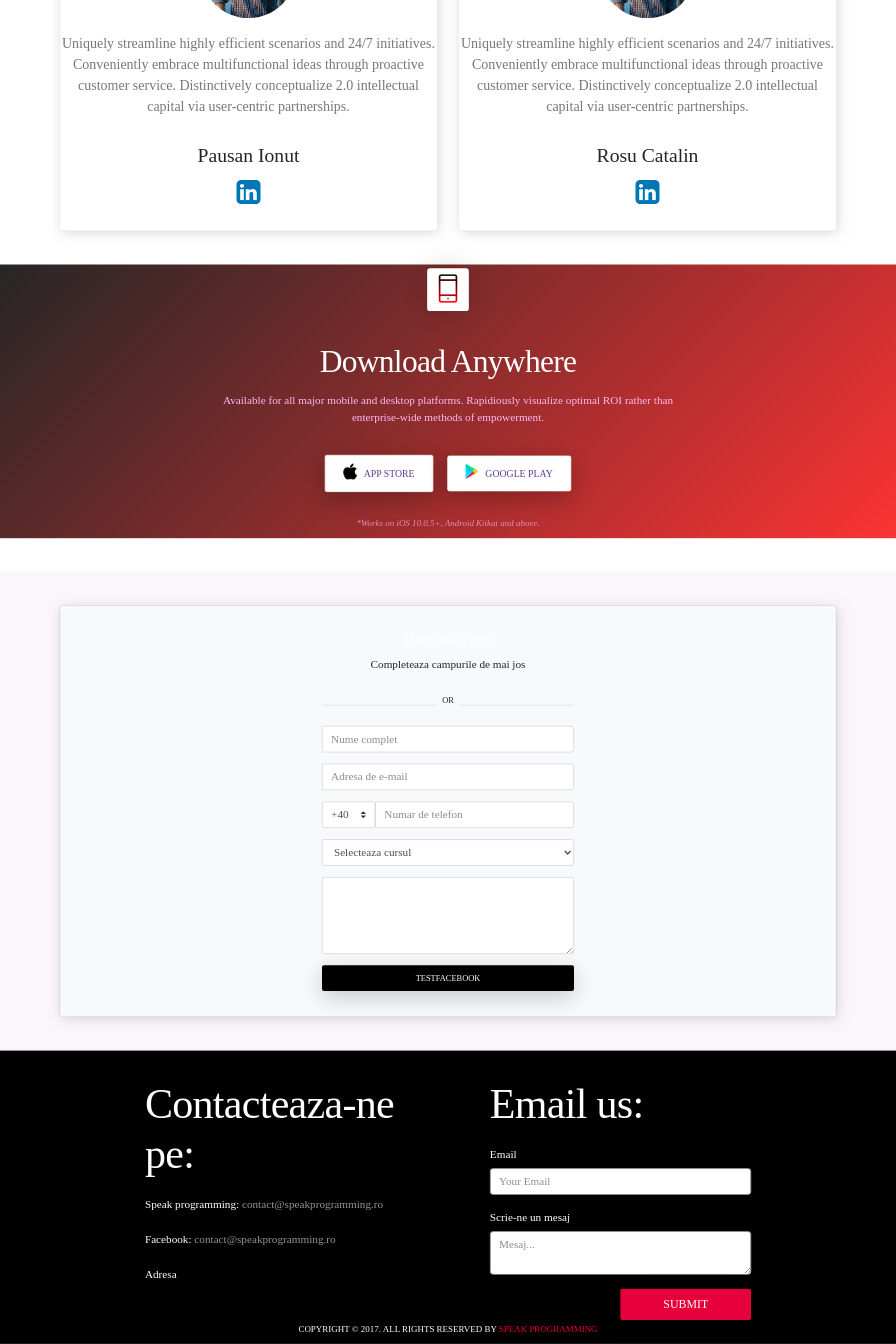
Repository: RosuCatalinDorin/ITSchool
Page: home-page/index.html
The author's editor kept a copy of each file at every save. The page is drawn from the files as they stood at one save, then again after the next save.
The browser window is 1280 px wide. The pictures show the part of the page from y = 1617 to 3537 px (the page is 3537 px tall before and 3509 px after), at 70% of full size.
Some web libraries are served in a nearby version.

Above is the page before, as saved 2019-03-13 18:38:05.

### home-page/index.html
<!doctype html>
<html lang="en">


<head>
    <title>Speak Programming</title>
    <!-- Required meta tags -->
    <meta charset="utf-8">
    <meta name="viewport" content="width=device-width, initial-scale=1, shrink-to-fit=no">
    <meta name="description" content="Mobland - Mobile App Landing Page Template">
    <meta name="keywords" content="HTML5, bootstrap, mobile, app, landing, ios, android, responsive">
    <!-- Font -->

    <link rel="dns-prefetch" href="//fonts.googleapis.com">
     <!-- Bootstrap CSS -->
    <link rel="stylesheet" href="../css/bootstrap.min.css">
    <!-- Themify Icons -->
    <link rel="stylesheet" href="../css/themify-icons.css">
    <!-- Owl carousel -->
    <link rel="stylesheet" href="../css/owl.carousel.min.css">
    <link rel="stylesheet" href="../css/teamStyle.css">
    <link rel="stylesheet" href="../detaliiCurs/css/detalii-curs.css">
    <link rel="stylesheet" href="./home.css">



    <link rel="stylesheet" href="https://maxcdn.bootstrapcdn.com/font-awesome/4.5.0/css/font-awesome.min.css">

    <!-- Main css -->
    <link href="../css/style.css" rel="stylesheet">
    <link rel="shortcut icon" href="../images/partea_de_susLogo.png"/>
    <!-- jQuery and Bootstrap -->
    <script src="../js/jquery-3.2.1.min.js"></script>
    <script src="../js/bootstrap.bundle.min.js"></script>
    <!-- Plugins JS -->
    <script src="../js/owl.carousel.min.js"></script>
    <!-- Custom JS -->
    <script src="../js/script.js"></script>
    <script src="../js/fbLogin.js"></script>

</head>

<body data-spy="scroll" data-target="#navbar" data-offset="30">

    <!-- NAV BAR START-->
    <div class="nav-menu fixed-top">
        <div class="container">
            <div class="row">
                <div class="col-md-12">
                    <nav class="navbar navbar-dark navbar-expand-lg">
                        <a class="navbar-brand" href="index.html"><img src="../images/partea_de_susLogo.png" height="43" width="43" class="img-fluid" alt="logo"></a> <button class="navbar-toggler" type="button" data-toggle="collapse" data-target="#navbar" aria-controls="navbar" aria-expanded="false" aria-label="Toggle navigation"> <span class="navbar-toggler-icon"></span> </button>
                        <div class="collapse navbar-collapse" id="navbar">
                            <ul class="navbar-nav ml-auto">
                                <li class="nav-item"> <a class="nav-link active" href="#home">HOME <span class="sr-only">(current)</span></a> </li>
                                <li class="nav-item"> <a class="nav-link" href="#cursuri">CURSURI</a> </li>
                                <li class="nav-item"> <a class="nav-link" href="#aboutUS">DESPRE NOI</a> </li>
                                <li class="nav-item"> <a class="nav-link" href="#contact">CONTACT</a> </li>
                            </ul>
                        </div>
                    </nav>
                </div>
              </div>
         </div>
    </div>
<!-- NAV BAR END -->
    <!-- START HEADER -->
    <header  id="home">
        <div class="container mt-5">
            <h1 class="textClass"> Mesaj 1 (eu zic moto)</h1>
        </div>
        <div class="img-holder mt-3"><img src="../images/logo_partea_deJos.png" alt="phone" class="img-fluid">
            <p class="textClass">Mesaj 2 De ce am creat asta? O intrebare de genu</p>
        </div>
    </header>

    <!-- END HEADER -->

<!-- SECTIUNE CURSURI START -->
    <div class="section" id="cursuri">
        <div class="container">
            <div class="section-title">
                <small>Speak Programming</small>
                <h3>Cursuri</h3>
            </div>
            <div class="card-deck">
                <div class="card pricing">
                    <div class="card-head">
                        <small class="text-primary">FRONTEND INITIERE</small>
                        <span class="price">379 RON<sub>/4m</sub></span>
                    </div>
                    <div class="course-image-container">
                    </div>
                    <ul class="list-group list-group-flush">
                        <div class="list-group-item">3 PROIECTE</div>
                        <div class="list-group-item">HTML / CSS / JAVA-SCRIPT / GIT</div>
                    </ul>
                    <div class="card-body">
                        <a href="screens/curs.html" class="btn btn-primary btn-lg btn-block">Vezi detalii</a>
                    </div>
                </div>
                <div class="card pricing">
                    <div class="card-head">
                        <small class="text-primary">INCEPATORI</small>
                        <span class="price">1500 RON<sub>/4m</sub></span>
                    </div>
                    <div class="course-image-container">
                        </div>
                    <ul class="list-group list-group-flush">
                        <div class="list-group-item">Unlimited Projects</div>
                        <div class="list-group-item">100 GB Storage</div>
                    </ul>
                    <div class="card-body">
                        <a href="screens/curs.html" class="btn btn-primary btn-lg btn-block">Vezi detalii</a>
                    </div>
                </div>
                <div class="card pricing">
                    <div class="card-head">
                        <small class="text-primary">BACKEND INITIERE</small>
                        <span class="price">1500 RON<sub>/4m</sub></span>
                    </div>
                    <div class="course-image-container">
                        </div>
                    <ul class="list-group list-group-flush">
                        <div class="list-group-item">Unlimited Projects</div>
                        <div class="list-group-item">Unlimited Storage</div>
                    </ul>
                    <div class="card-body">
                        <a href="screens/curs.html" class="btn btn-primary btn-lg btn-block">Vezi detalii</a>
                    </div>
                </div>
            </div>
        </div>
    </div>
<!-- SECTIUNE CURSURI END -->


<!-- SECTIUNE TRAINER START-->

<div class="section">
        <div class="container">
                <div class="section-title">
                    <small>Speak Programming</small>
                    <h3>Cursuri</h3>
                </div>
                <div class="card-deck">
                    <div class="card pricing">
                        <div class="card-head">
                            <img src="../images/pozaIonutPausan.jpg" class="rounded-circle" alt="Cinque Terre" width="136" height="136">
                        </div>
                        <blockquote class="blockquote text-center">Uniquely streamline highly efficient scenarios and 24/7 initiatives. Conveniently embrace multifunctional ideas through proactive customer service. Distinctively conceptualize 2.0 intellectual capital via user-centric partnerships.</blockquote>
                        <ul class="list-group list-group-flush">
                            <h5 class="mt-4 mb-2 text-center">Pausan Ionut</h5>
                            <a href="https://www.linkedin.com/in/ionut-adrian-pausan-3a7300137/" class="btn"> <i class="fa fa-linkedin-square" style="font-size:40px; color:#0077B5"></i>  </a>
                        </ul>
                        <div class="card-body text-center">
                        </div>
                    </div>
                    <div class="card pricing">
                            <div class="card-head">
                                <img src="../images/pozaIonutPausan.jpg" class="rounded-circle" alt="Cinque Terre" width="136" height="136">
                            </div>
                            <blockquote class="blockquote text-center ">Uniquely streamline highly efficient scenarios and 24/7 initiatives. Conveniently embrace multifunctional ideas through proactive customer service. Distinctively conceptualize 2.0 intellectual capital via user-centric partnerships.</blockquote>
                            <ul class="list-group list-group-flush">
                                <h5 class="mt-4 mb-2 text-center">Rosu Catalin</h5>
                                <a href="https://www.linkedin.com/in/ro%C8%99u-c%C4%83t%C4%83lin-dorin-872322112/" class="btn"> <i class="fa fa-linkedin-square" style="font-size:40px; color:#0077B5"></i>  </a>
                            </ul>
                        </div>
                </div>
            </div>
</div>

<!-- SECTIUNE TRAINER END -->

    <div class="section bg-gradient" id ="aboutUS">
        <div class="container">
            <div class="call-to-action">

                <div class="box-icon"><span class="ti-mobile gradient-fill ti-3x"></span></div>
                <h2>Download Anywhere</h2>
                <p class="tagline">Available for all major mobile and desktop platforms. Rapidiously visualize optimal ROI rather than enterprise-wide methods of empowerment. </p>
                <div class="my-4">
                    <a href="#" class="btn btn-light"><img src="../images/appleicon.png" alt="icon"> App Store</a>
                    <a href="#" class="btn btn-light"><img src="../images/playicon.png" alt="icon"> Google play</a>
                </div>
                <p class="text-primary"><small><i>*Works on iOS 10.0.5+, Android Kitkat and above. </i></small></p>
            </div>
        </div>

    </div>
    <!-- // end .section -->

    <div class="light-bg py-5" id="contact">
        <div class="container">
            <div class="card bg-light">
                <article class="card-body mx-auto" style="max-width: 400px;">
                    <h4 class="card-title mt-3 text-center">Inscriete la curs </h4>
                    <p class="text-center">Completeaza campurile de mai jos </p>
                    <p class="divider-text">
                        <span class="bg-light">OR</span>
                    </p>
                    <form>
                        <div class="form-group input-group">
                            <div class="input-group-prepend">
                                <span class="input-group-text"> </span>
                            </div>
                            <input name="" class="form-control" placeholder="Nume complet" type="text">
                        </div> <!-- form-group// -->
                        <div class="form-group input-group">
                            <div class="input-group-prepend">
                                <span class="input-group-text"></span>
                            </div>
                            <input name="" class="form-control" placeholder="Adresa de e-mail" type="email">
                        </div> <!-- form-group// -->
                        <div class="form-group input-group">
                            <div class="input-group-prepend">
                                <span class="input-group-text">  </span>
                            </div>
                            <select class="custom-select" style="max-width: 120px;">
                                <option selected="">+40</option>
                                <option value="1">+972</option>
                                <option value="2">+198</option>
                                <option value="3">+701</option>
                            </select>
                            <input name="" class="form-control" placeholder="Numar de telefon" type="text">
                        </div> <!-- form-group// -->
                        <div class="form-group input-group">
                            <div class="input-group-prepend">
                                <span class="input-group-text"></span>
                            </div>
                            <select class="form-control">
                                <option selected=""> Selecteaza cursul</option>
                                <option>HTML5, CSS, JAVA-SCRIPT</option>
                                <option>MySQL,PHP</option>
                            </select>

                        </div> <!-- form-group end.// -->
                        <div class="form-group input-group">
                            <div class="input-group-prepend">
                                <span class="input-group-text">  </span>
                            </div>
                            <textarea  class="form-control"  rows="4" cols="50"></textarea>
                        </div> <!-- form-group// -->
                        <div class="form-group">
                            <button type="submit" class="btn btn-primary btn-block"> TestFAcebook  </button>
                        </div> <!-- form-group// -->
                    </form>
                </article>
            </div> <!-- card.// -->

        </div>

    </div>
    <!-- // end .section -->

    <!-- START FOOTER -->
    <footer class="footer">
            <div class="footer-container">
                <div class="footer-row">
                    <div class="social-media">
                        <h1>Contacteaza-ne pe:</h1>
                        <p class="social-media-paragraph">Speak programming:
                            <span>contact@speakprogramming.ro</span>
                        </p>
                        <p class="social-media-paragraph">Facebook:
                            <span>contact@speakprogramming.ro</span>
                        </p>
                        <div class="social-media-icons">

                        </div>
                        <p>Adresa</p>
                    </div>

                    <div class="contact-form">
                        <h1>Email us:</h1>
                        <label for="email">Email</label>
                        <input type="text" name="email" value="" class="form-control input-lg input-space" placeholder="Your Email"/>

                        <label for="mesaj">Scrie-ne un mesaj</label>
                        <textarea type="text" name="mesaj" value="" class="input-space form-control input-lg" placeholder="Mesaj..."/></textarea>
                        <button class="btn submit-button-footer">Submit</button>
                    </div>
                </div>


                <p class="copyright-message text-center"><small>COPYRIGHT © 2017. ALL RIGHTS RESERVED BY <a href="">SPEAK PROGRAMMING</a></small></p>
                <!-- <small class="copyright-message text-center footer-links">
                    <a href="#" class="m-2"></a>
                    <a href="#" class="m-2"></a>
                    <a href="#" class="m-2"></a>
                </small> -->
            </div>
        </footer>
</body>

</html>

### css/teamStyle.css
.divNewTeam{
    border: 1px solid #f1eef1;
    width: 30%;
    border-radius: 3%;
}
.contentTem{
    display: flex;
}
@media only screen and (max-width: 600px){
    .contentTem{
        display: block;
        margin-top: 50px;
    }
}

### detaliiCurs/css/detalii-curs.css
/* Header start */
.header-detalii-curs {
    background-image: url("../../images/headerbk.jpg");
    background-repeat: no-repeat;
    background-size: cover;
    padding-bottom:25px;
    margin-top: 40px;
    height: 400px;
    display: flex;
    flex-direction: column;
    justify-content: center;
}

.detalii-curs-titlu{
    font-size: 45px;
    margin-bottom: 30px;
}

.detalii-curs-motto{
    font-size: 25px;
    margin-bottom: 30px;
}

.enroll-header-btn{
    font-size: 15px;
}
.enroll-header-btn a {
    color: #FFF;
}

.enroll-header-btn:hover {
    background: #e5003c;
    cursor: pointer;
    border: 1px solid transparent;
    font-size: 16px;
}

.container-detalii-curs {
    text-align: center;
}

.detalii-curs-button-container{
    margin-bottom: 30px;
}
/* Header ends */

/* Info curs container start */
.curs-container {
    width: 100%;
    background: #f9f9f9;
    padding-bottom:40px;
}
.info-curs-container {
    width: 70%;
    margin: auto;
}

.info-title{
    padding-top: 55px;
    padding-bottom: 50px;
    height: auto;
}

.detalii-curs-motto {
    color: black;
}

.info-title h2{
    text-align: center;
}

    /* DETALII CURS -START */
.info-curs-detalii{
    display: flex;
    justify-content: space-between;
    margin-bottom: 30px;
}

.informatii-curs-sumar{
    width: 25%;
    -webkit-box-shadow: 2px 3px 18px -2px rgba(186,186,186,0.68);
    -moz-box-shadow: 2px 3px 18px -2px rgba(186,186,186,0.68);
    box-shadow: 2px 3px 18px -2px rgba(186,186,186,0.68);
    border-radius: 3%;
    background: #fff;
    border: 1px solid #f1eef1;
}

.informatii-curs-sumar h3 {
    text-align: center;
    color: black;
    padding:20px 0;
}

.informatii-curs-row{
    /* font size-font-style */
    display: flex;
}

.row-first-elem{
    font-weight: bold;
    width: 30%;
    padding-left: 10%;
}

.row-second-elem {
    width:60%;
    text-align: start;
    padding-left: 20%;
  }

.trainer-linkedin{
    display: flex;
    justify-content: space-between;
}
/* DETALII CURS -END */

/* DESCRIERE CURS START */
.descriere-curs{
    width: 60%;
}

.descriere-curs h4{
    font-weight: bold;
}

.descriere-cui-se-adreseaza{
    padding-bottom: 20px;
}

.descriere-cui-se-adreseaza h4{
    color: black;
    padding-bottom: 10px;
}

/* DESCRIERE CURS ENDS */

/* Info curs container ends */


/* PROGRAMA CURS START */

.programa-curs{
    margin: auto;
    width: 70%;
    justify-content: space-between;
    padding-bottom: 50px;
}

.detalii-programa {
    width: 100%;
    display: flex;
    justify-content: space-between;
}

.programa-curs-row{
    width: 25%;
    color: black;
    -webkit-box-shadow: 2px 3px 18px -2px rgba(186,186,186,0.68);
    -moz-box-shadow: 2px 3px 18px -2px rgba(186,186,186,0.68);
    box-shadow: 2px 3px 18px -2px rgba(186,186,186,0.68);
    border-radius: 3%;
    border: 1px solid #f1eef1;
}

.programa-curs-header {
    padding-top: 20px;
    display: flex;
    color:black;
    width:80%;
    margin: auto;
    justify-content: center;
}

.programa-curs-header h4{
    padding: 20px 0;
    font-weight: bold;
    color: black;
}

.programa-curs-header i {
    padding:25px 0 0 15px;
}


.lista-programa-curs{
    width: 90%;
    margin: auto;
    padding-bottom: 10px;
}

.lista-programa-curs li {
    padding-top: 10px;
    padding-bottom: 10px;
}

.web-basics{
    display: flex;
}

.web-basics li {
    width: 50%;
}

.web-basics div{
    padding-top: 10px;
}


/* PROGRAMA CURS ENDS */

/* DESCRIERE TRAINER START */
.trainer-section{
    position: relative;
    background:black;
    width: 100%;
    border-bottom: 2px solid lightgray;
    padding-bottom: 70px;
}

.descriere-trainer {
    width:70%;
    margin: auto;
    color: white;
}

.descriere-trainer h2,h3,h4{
    color:white;
}

.info-title span{
    color: #e5003c
}

.trainer-row {
    margin-top: 40px;
    display: flex;
    justify-content: space-between;
}

.trainer-profile{
    width:30%;
}

.trainer-delimitator {
    height: 1px;
    width: 100%;
    background: #959094;
    position: absolute;
    top:57%;
    left: 0;
    z-index:33;
    margin:auto;
}

.trainer-description{
    width: 60%;
}

.trainer-description p{
    color: #959094
}

.trainer-image-container{
    width: 34%;
    margin: auto;
    margin-bottom: 20px;
}

.trainer-image {
    border-radius:50%;
    margin:auto;
    width: 136px;
    height: 136px;
}

.trainer-name{
    width:50%;
    margin: auto;
    margin-bottom: 20px;
}

.trainer-name h3{
    text-align: center;
}

.trainer-description h4,p{
    padding-bottom: 10px;
}

.trainer-short-description span{
    padding-right: 5%;
}

.marketing-section-part1{
    height: 50%;
}

.marketing-section-part1 h1{
    font-size: 50px;
    text-align: center;
    padding: 15% 0 20px 0;
}

.marketing-section-part1 h3{
    color: black;
    text-align: center;
    padding: 40px 0 20px 0;
}

.img-container{
    display: flex;
    justify-content: space-around;
    padding-top: 15%;
}

.marketing-image-container {
    width: 25%;
}

.marketing-image-container img {
    width: 90%;
    height: 90%;
}

/* DESCRIERE TRAINER ENDS */

/* INSCRIERE CURS START */

.inscriere-curs-section {
    padding-bottom: 50px;
}

.inscriere-curs-container{
    display: flex;
    width: 70%;
    margin: auto;
}

.inscriere-marketing-section{
    background-image: url("../../images/bau.jpg");
    background-size: cover;
    width:49%;
    background-color: lightgrey;
    height:auto;
    display: flex;
    flex-direction: column;
}

.inscriere-form-container{
    width:49%;
}

.formular-inscriere{
    width: 90%;
    margin:0 auto;
}

.input-space{
    margin-bottom: 20px;
}

.termeni-conditii{
    display: flex;
    margin-bottom: 20px;
}

.checkbox{
    width: 2%;
    margin-top: 5px;
    margin-right:10px;
}

form label{
    font-weight:bold;
}

.enroll-btn {
    background-color: black!important;
    font-size: 20px;
}

.enroll-btn:hover {
    cursor: pointer;
    background-color: #e5003c!important;
}
/* INSCRIERE CURS END */

/* FOOTER START */

.footer {
    padding-top: 40px;
    background-color: black;
}

.footer-container {
    width: 70%;
    margin: auto;
    color: white;
}

.footer-row {
    display: flex;
    justify-content: space-between;
}

.social-media, .contact-form {
    width: 45%;
    padding: 0 15px;
}


.copyright-message {
    width: 100%;
    margin: auto;
}
.copyright-message a{
    color: #e5003c;
}

.social-media-paragraph{
    text-align: left;
    color: white;
}

.social-media-paragraph span{
    color: #959094;
}

.submit-button-footer {
    height: 45px;
    color: white;
    font-size: 17px!important;
    width: 50%;
    background-color: #e5003c!important;
    float: right;
    box-shadow: 0px 9px 32px 0px rgba(0, 0, 0, 0.2);
    text-transform: uppercase;
}

.submit-button-footer:hover {
    cursor: pointer;
    background-color: #be0b23e5!important;
    transition: all 0.3s ease;
}

.footer-links {
    margin: auto;
}

/* FOOTER END */

### home-page/home.css
.card{
    -webkit-box-shadow: 2px 3px 18px -2px rgba(186,186,186,0.68);
    -moz-box-shadow: 2px 3px 18px -2px rgba(186,186,186,0.68);
    box-shadow: 2px 3px 18px -2px rgba(186,186,186,0.68);
}

.course-image-container {
    width: 100%;
    height: 30%;
    content: url("../images/headerbk.jpg");
}

Loaded but not shown: css/bootstrap.min.css (library); css/themify-icons.css (common file); css/owl.carousel.min.css (library); js/jquery-3.2.1.min.js (library); js/bootstrap.bundle.min.js (library); js/owl.carousel.min.js (library); js/script.js (112 lines, source omitted); js/fbLogin.js (68 lines, source omitted); css/style.css (703 lines, source omitted)

After the next save:
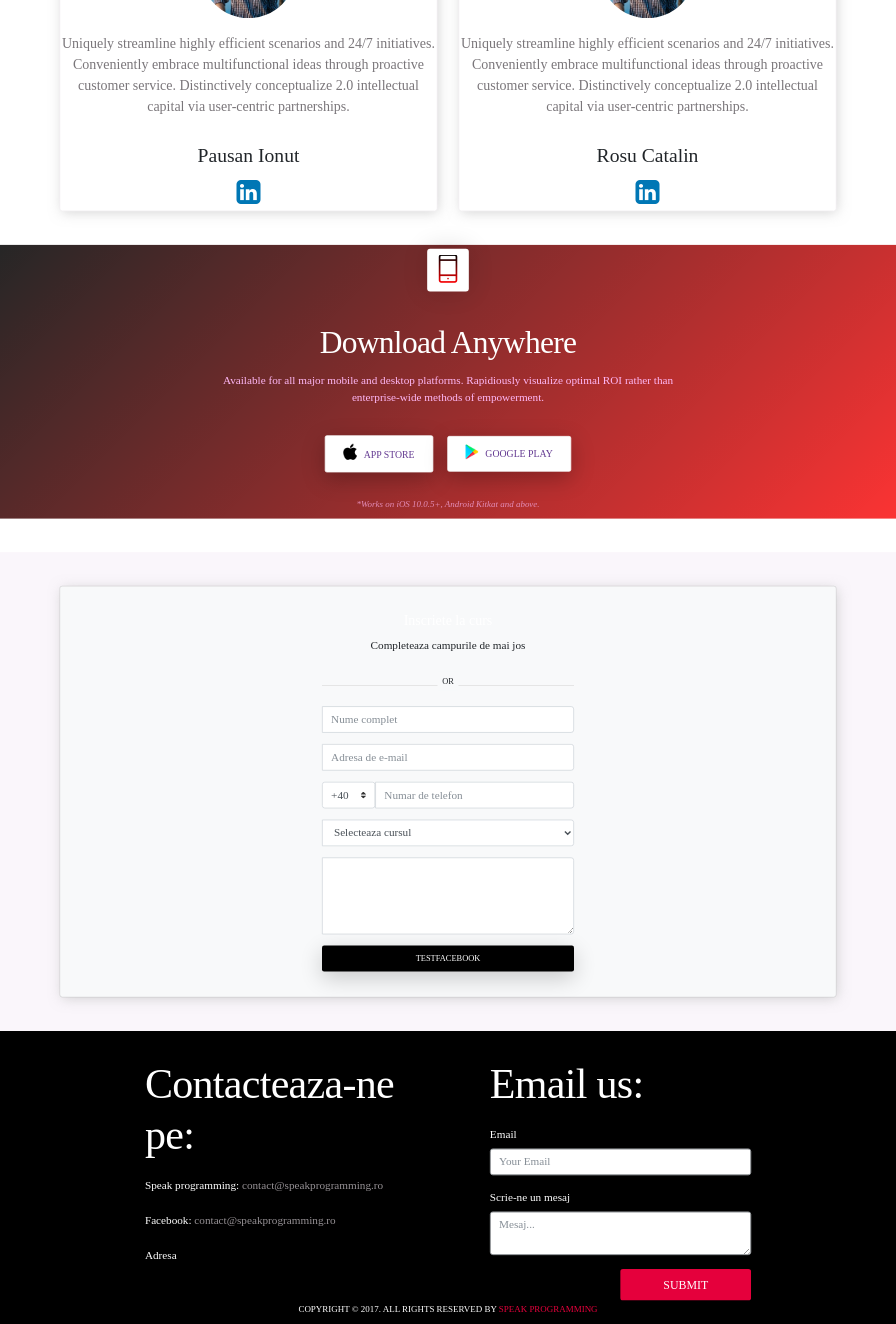
Saved 4 s later.
--- a/home-page/index.html
+++ b/home-page/index.html
@@ -152,8 +152,6 @@
                             <h5 class="mt-4 mb-2 text-center">Pausan Ionut</h5>
                             <a href="https://www.linkedin.com/in/ionut-adrian-pausan-3a7300137/" class="btn"> <i class="fa fa-linkedin-square" style="font-size:40px; color:#0077B5"></i>  </a>
                         </ul>
-                        <div class="card-body text-center">
-                        </div>
                     </div>
                     <div class="card pricing">
                             <div class="card-head">
